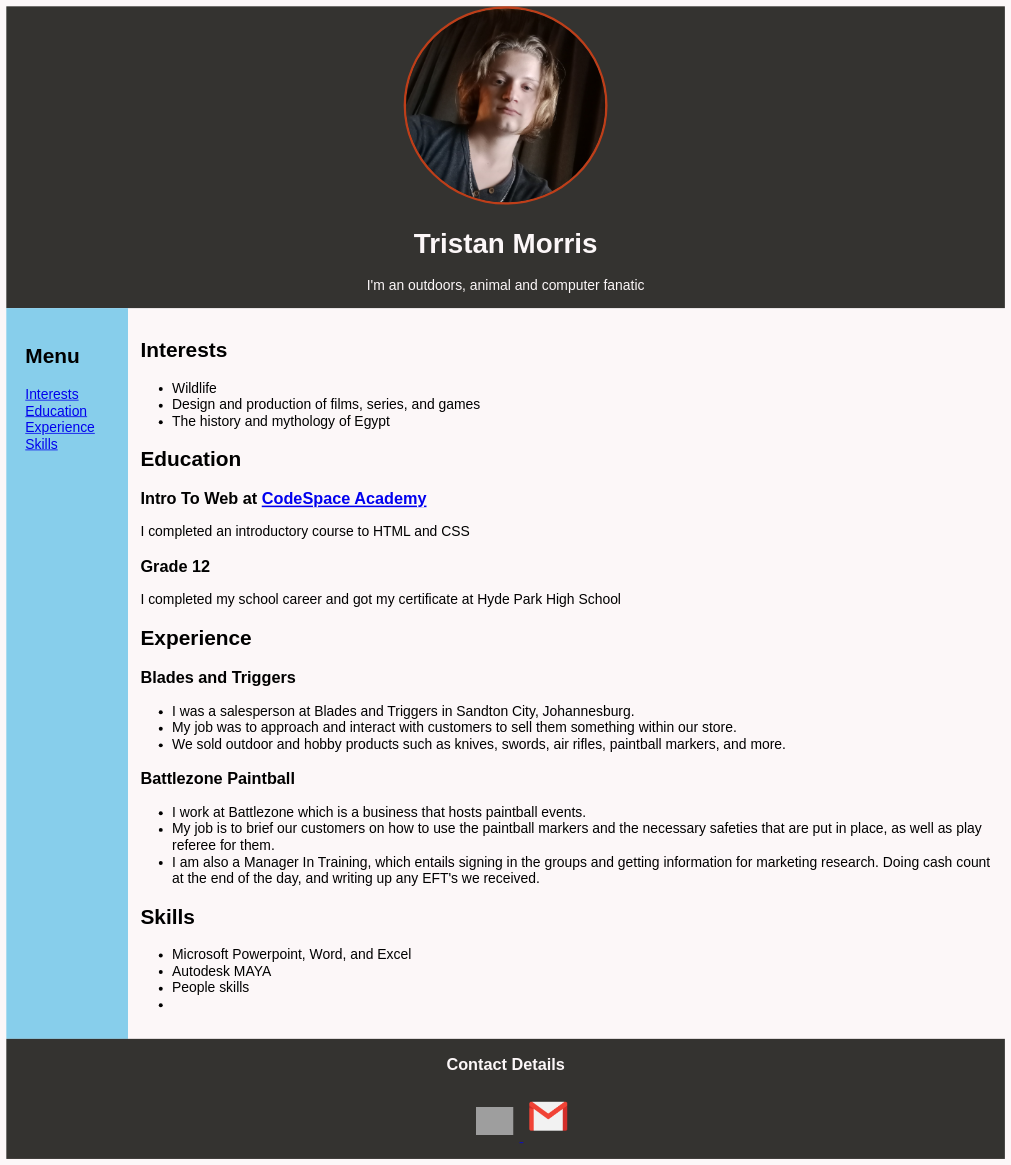
Repository: TristanKMorris/introToWebDesignAssignment
Page: resume.html
The author's editor kept a copy of each file at every save. The page is drawn from the files as they stood at one save, then again after the next save.
The browser window is 1280 px wide. The pictures show the whole page, at 79% of full size.
Pictures or frames that could not be fetched are drawn as grey boxes.

Above is the page before, as saved 2022-06-02 23:19:06.

### resume.html

<!DOCTYPE html>
<html
  <head>
    <title>Tristan's Website</title>

    <link rel="stylesheet" type="text/css" href="css/stylesheet.css">

  </head>

  <body>

   <header id="heading">
        <img src="images/tristanPortrait.jpg" alt="Tristan Morris Portrait" id="profilePhoto"/>

      <h1>Tristan Morris</h1>
        <p>I'm an outdoors, animal and computer fanatic</p>

    </header>

    <main class="main">

      <div id="sidebar">

        <nav>

          <h2>Menu</h2>

           <ul class="navMenu">
              <li> <a href="#interests">Interests</a> </li>
              <li> <a href="#education">Education</a> </li>
              <li> <a href="#experience">Experience</a> </li>
              <li> <a href="#skills">Skills</a> </li>
            </ul>

        </nav>

      </div>

        <div class="content">

          <h2 id="interests">Interests</h2>

          <ul>

            <li>Wildlife</li>
            <li>Design and production of films, series, and games</li>
            <li>The history and mythology of Egypt</li>

          </ul>

          <h2 id="education">Education</h2>

            <h3>Intro To Web at <a href="http://codespace.co.za/" target="_blank">CodeSpace Academy</a> </h3>

             <p>
               I completed an introductory course to HTML and CSS
             </p>

            <h3>Grade 12</h3>

             <p>
                I completed my school career and got my certificate at Hyde Park High School
              </p>

          <h2 id="experience">Experience</h2>

            <h3>Blades and Triggers</h3>

            <ul>

              <li>I was a salesperson at Blades and Triggers in Sandton City, Johannesburg.</li>
              <li>My job was to approach and interact with customers to sell them something within our store.</li>
              <li>We sold outdoor and hobby products such as knives, swords, air rifles, paintball markers, and more.</li>

            </ul>

            <h3>Battlezone Paintball</h3>

            <ul>

              <li>I work at Battlezone which is a business that hosts paintball events.</li>
              <li>My job is to brief our customers on how to use the paintball markers and the necessary safeties that are put in place, as well as play referee for them.</li>
              <li>I am also a Manager In Training, which entails signing in the groups and getting information for marketing research. Doing cash count at the end of the day, and writing up any EFT's we received.</li>

            </ul>

          <h2 id="skills">Skills</h2>

            <ul>
              <li>Microsoft Powerpoint, Word, and Excel</li>
              <li>Autodesk MAYA</li>
              <li>People skills</li>
              <li></li>
            </ul>

        </div>

    </main>

    <footer>

      <h3>Contact Details</h3>
      <ul>
          <a href="http://www.instagram.com/tristan_k_morris" target="_blank">
           <img class="icons" src="images/instagramIcon.png" alt="Tristan Morris Instagram">

          </a>

          <a href="mailto: tristankm21@gmail.com" target="_blank">
           <img class="icons" src="images/gmailIcon.png" alt="Tristan Morris Email">

          </a>

      </ul>

    </footer>


  </body>
</html>

### css/stylesheet.css
body{
  font-family: sans-serif;
  font-size:110%;
  background-color: #FCF7F8;
  display: flex;
  flex-direction: column;
}

.main{
  display: flex;
  flex-direction: row;
  overflow: unset;
}

#profilePhoto{
  width: 20%;
  height: 20%;
  border-radius: 50%;
  border: 3px solid #ff4410ad;
}

header {
  text-align: center;
  justify-content: center;
}
#heading{
  font-family: sans-serif;
  font: size 110%;
  background-color: #343330;
  color: #FCF7F8;
}

footer {
  background-color: #343330;
  text-align: center;
  color: #FCF7F8;
}
#sidebar{
  width: 12%;
  background-color: skyblue;
  padding: 1.5rem;
  color: black;
}
.navMenu{
  list-style-type: none;
  padding: 0%;
}

.icons{
  width: 3rem;
  margin: 0.5rem;
  height: auto;
}

.content{
  width: auto;
  margin: 1rem;
  height: auto;
}

After the next save:
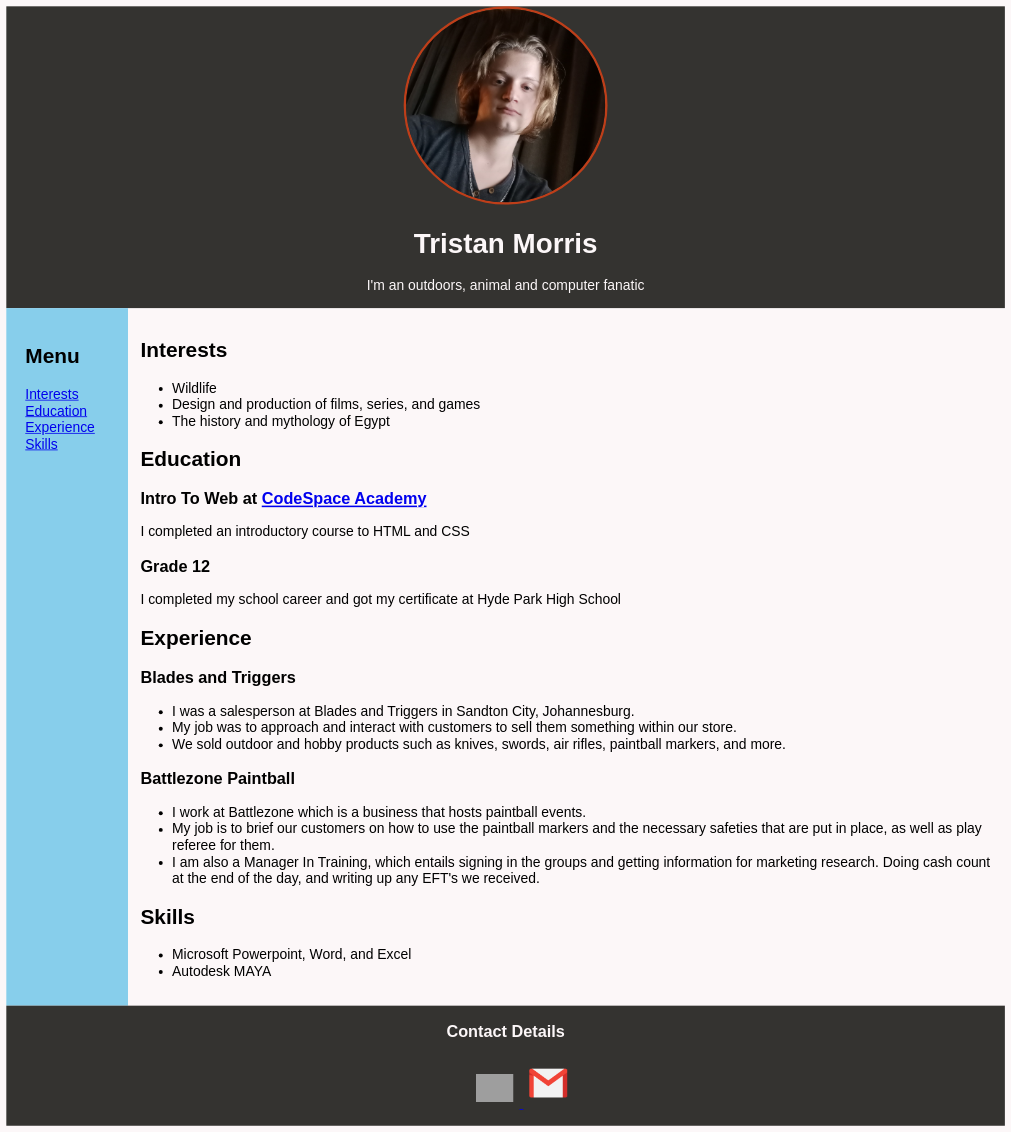
Saved 83 s later.
--- a/resume.html
+++ b/resume.html
@@ -90,8 +90,6 @@
             <ul>
               <li>Microsoft Powerpoint, Word, and Excel</li>
               <li>Autodesk MAYA</li>
-              <li>People skills</li>
-              <li></li>
             </ul>
 
         </div>
